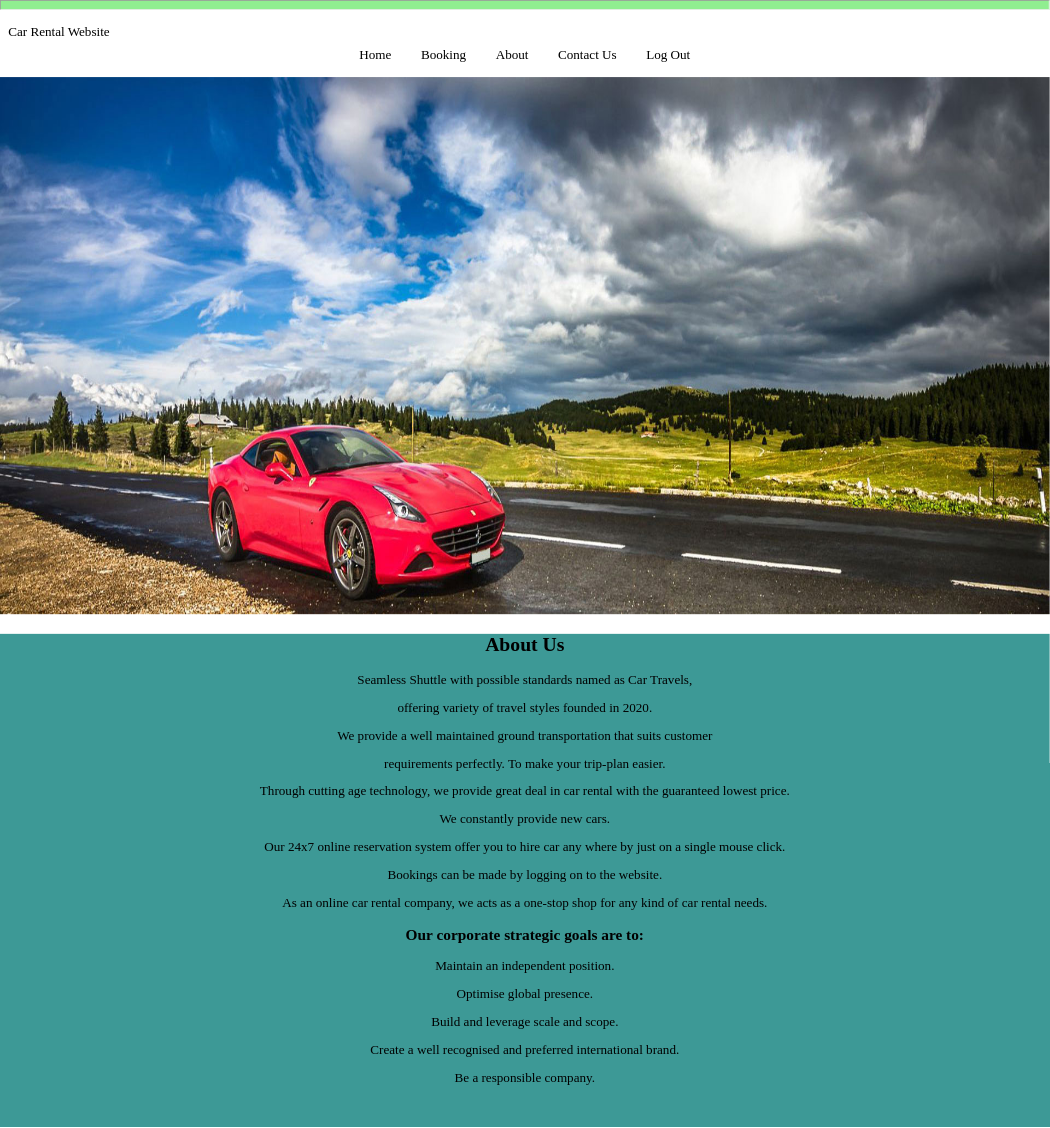
Repository: Datta2901/Car-Rental-Management-System
Page: http://localhost/Php/UserHome.php
An editor plug-in stored every save of this project. The page is shown before and after the next save, followed by the edit.
The browser window is 1280 px wide. The pictures show the whole page, at 82% of full size.
The page is run by PHP 8.4 with error messages shown; the project is at /var/www/html/. The session is filled in as if someone had signed in: {"username": "testuser"}.

Above is the page before, as saved 2021-05-12 18:32:25.

After the next save:
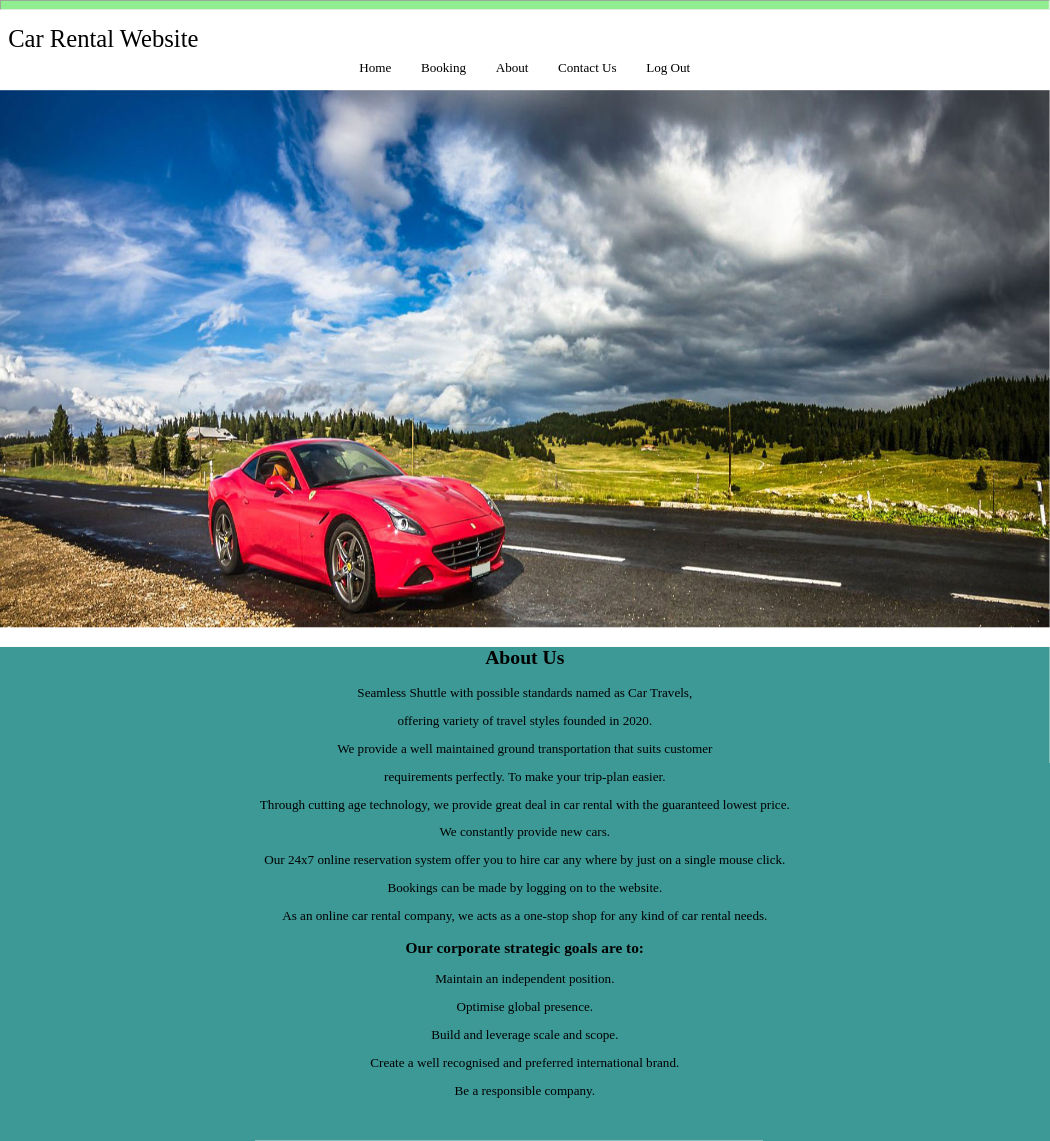
Saved 33 s later.
--- a/Php/UserHome.php
+++ b/Php/UserHome.php
@@ -10,7 +10,7 @@
   <hr class = "Rule">
 
   <body>
-        <p class = "some" >Car Rental Website </p>
+        <p class = "some" style = "font-size:30px;align:left;font:bold">Car Rental Website </p>
         <div class = "random">
           <center>
               <nav>
